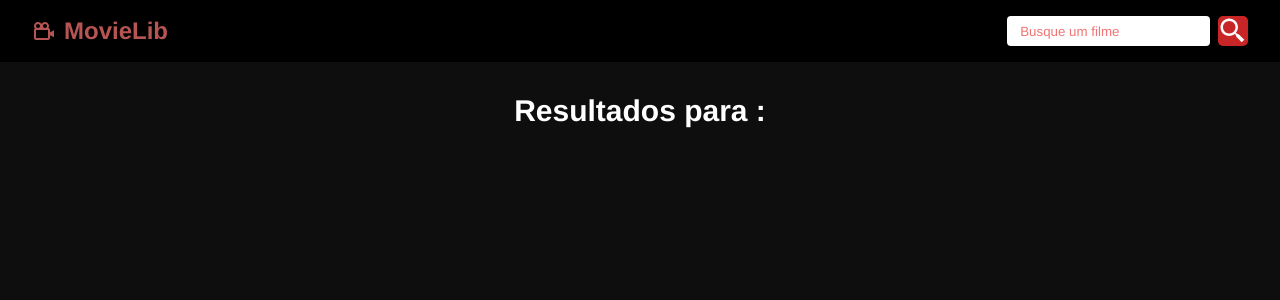
Repository: gustavo-eng/MovieLib
Page: /search
The author's editor kept a copy of each file at every save. The page is drawn from the files as they stood at one save, then again after the next save.
The browser window is 1280 px wide. The pictures show the whole page.
The page's requests for data from a server got no answer. The project was rebuilt for these pictures with package versions that can differ from the ones it lists, and the page was loaded fresh each time. No one was signed in, and anything a server would have sent is missing. Also part of the build but not shown: vite.config.js, src/Pages/Movie.jsx, src/Components/MovieCard.jsx, src/Pages/Home.jsx.

Above is the page before, as saved 2023-01-02 22:39:54.

### src/main.jsx
import React from 'react'
import ReactDOM from 'react-dom/client'

import './index.css'

import {BrowserRouter, Routes,  Route } from 'react-router-dom'

import App from './App'
import Movie from './Pages/Movie'
import Home from './Pages/Home'
import Search from './Pages/Search'

ReactDOM.createRoot(document.getElementById('root')).render(
  <React.StrictMode>
    <BrowserRouter>
      <Routes>
        <Route element={<App />}>
          <Route path='/' element={<Home/>}/>
          <Route path='movie/:id' element={<Movie />}/>
          <Route path='search' element={<Search />}/>
        </Route>
      </Routes>
    </BrowserRouter>
  </React.StrictMode>,
)

### src/index.css
* {
  font-family: 'Franklin Gothic Medium', 'Arial Narrow', Arial, sans-serif;
  margin: 0;
  padding: 0;
  box-sizing: border-box;
}

body {
  background-color: rgb(14, 14, 14);
  color: white;
}

a {
  text-decoration: none;
  color: rgb(183, 84, 84);
  transition: .3s;
}

a:hover {
  color: rgb(137, 42, 42) ;
}

### src/App.jsx
import { useState } from 'react'
import React from 'react'

//Rotas
import { Link, Outlet } from 'react-router-dom'

//Components
import Navbar from './Components/Navbar'

function App() {
  const [count, setCount] = useState(0)

  return (
    <div className="App">
      <Navbar />
      <Outlet />
    </div>
  )
}

export default App

### src/Pages/Search.jsx
import React from "react";

import { useState, useEffect } from "react";

// Parametros das rotas
import { Await, useSearchParams } from "react-router-dom";

//Componente
import MovieCard from "../Components/MovieCard";

const searchURL = import.meta.env.VITE_SEARCH
const apiKey = import.meta.env.VITE_API_KEY

import '../Components/MovieCard.css'

const Search = () => {

    const [searchParams] = useSearchParams()
    const [filmes, setFilmes] = useState([])
    const query = searchParams.get("q")


    // Functions
    const getSearchMovies = async (url) => {
        const res = await fetch(url)
        const data = await res.json()

        setFilmes(data.results);
    }

    useEffect(() => {
        const searchWithQueryURL = `${searchURL}?${apiKey}&query=${query}`
        getSearchMovies(searchWithQueryURL)
        console.log(filmes)
    }, [query])

    return (
        <div className="container">
            <h2 className="title">
                Resultados para :  <span className="query-text">{query}</span>
            </h2>
            <div className="movies-container">
                {filmes  ? filmes.map((filme) => <MovieCard movie={filme} key={filme.id}/>) : null}
            </div>
               { filmes.backdrop_path ? <p>nao possui imagem</p> : null }
        </div>
    )
}

export default Search;

### src/Components/Navbar.jsx
import React from "react";

import { useState } from "react";
//Rotas
import { Link, useNavigate } from "react-router-dom";

//css
import './NavBar.css'


//Icons
import {BiCameraMovie, BiSearchAlt2} from 'react-icons/bi'

const Navbar = () => {

    const [search, setSearch] = useState()

    const navigate = useNavigate();

    const submissao = (e) => {
        e.preventDefault()
        console.log(search)
        if (!search) {
            return
        } else {
            navigate(`/search?q=${search}`)
            setSearch('')
        }
    }

    return (
       <nav id="navbar">
            <h2>
                <Link to={'/'}><BiCameraMovie /> MovieLib </Link>
            </h2>
            <form onSubmit={submissao} >
                <input type="text" placeholder="Busque um filme"
                    onChange={(e) => setSearch(e.target.value)}
                    value={search}
                />
                <button type="submit"> <BiSearchAlt2 /></button>
            </form>
       </nav>
    )
}

export default Navbar;

### src/Components/MovieCard.css
.container .title {
    color: white;
    font-size: 30px;
    text-align: center;
    margin:  2rem 0 1rem;
}

.title .query-text {
    color: rgb(215, 66, 66);
}


.movies-container {
    display: flex;
    flex-wrap: wrap;
    justify-content: space-around;
    padding: 2rem;
    max-width: 1180px;
    margin: 0 auto;
}


.movies-container div {
    width: 30%;
    color: white;
    margin-bottom: 2.5rem;
    display: flex;
    flex-direction: column;
    justify-content: space-between;
    background-color: rgb(67, 67, 67);
    border-radius: 3.8px;
    padding: 1.89px;
}


.movies-container div img {
    max-width: 100%;
}

.movies-container div img,
.movies-container div h2,
.movies-container div p {
    margin-bottom: 9px;
}


.movies-container div svg {
    color: yellow;
}

.movies-container div a {
    display: flex;
    /* background-color: rgb(200, 38, 38); */
    color: rgb(252, 252, 252);
    border-radius: 5px;
    font-size: 20px;
    border-width: 0px;
    cursor: pointer;
    align-items: center;
    transition: .8s;
    /* Detalhes */
    color: rgb(0, 0, 0);
    padding: 3px;

}

.movies-container div a:hover {
    background-color: rgb(41, 41, 41);
    color: rgb(174, 174, 174);
    border-radius: 5px;
}

### src/Components/NavBar.css


#navbar {
    display: flex;
    justify-content: space-between;
    align-items: center;
    padding: 1rem 2rem;
    background-color: rgb(0, 0, 0);
}


#navbar h2 a {
    display: flex;
    align-items: center;
    gap: 0.5rem;
}


#navbar form {
    display: flex;
    gap: .5rem;
}

#navbar input {
    padding: 0.2rem 0.8rem;
    border-radius: 4px;
    border: none;
    outline: none;

}

#navbar input:hover {
    background-color: rgb(249, 246, 246);
}

#navbar input::placeholder {
    color: rgb(241, 115, 115);
    font-weight: 200;
}

#navbar form button {
    display: flex;
    background-color: rgb(200, 38, 38);
    color: rgb(252, 252, 252);
    border-radius: 5px;
    font-size: 30px;
    border-width: 0px;
    cursor: pointer;
    align-items: center;
    transition: .8s;
}

#navbar form button :hover {
    background-color: rgb(101, 7, 7);
    color: rgb(174, 174, 174);
    border-radius: 5px;
}

Loaded but not shown: index.html (common file)

After the next save:
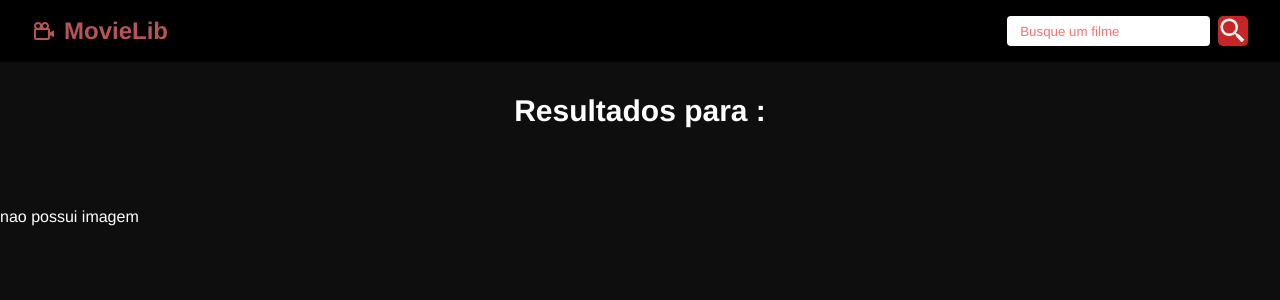
Saved 2 min 52 s later.
--- a/src/Pages/Search.jsx
+++ b/src/Pages/Search.jsx
@@ -42,7 +42,7 @@ const Search = () => {
             <div className="movies-container">
                 {filmes  ? filmes.map((filme) => <MovieCard movie={filme} key={filme.id}/>) : null}
             </div>
-               { filmes.backdrop_path ? <p>nao possui imagem</p> : null }
+               { filmes.backdrop_path ? null : <p>nao possui imagem</p>  }
         </div>
     )
 }
